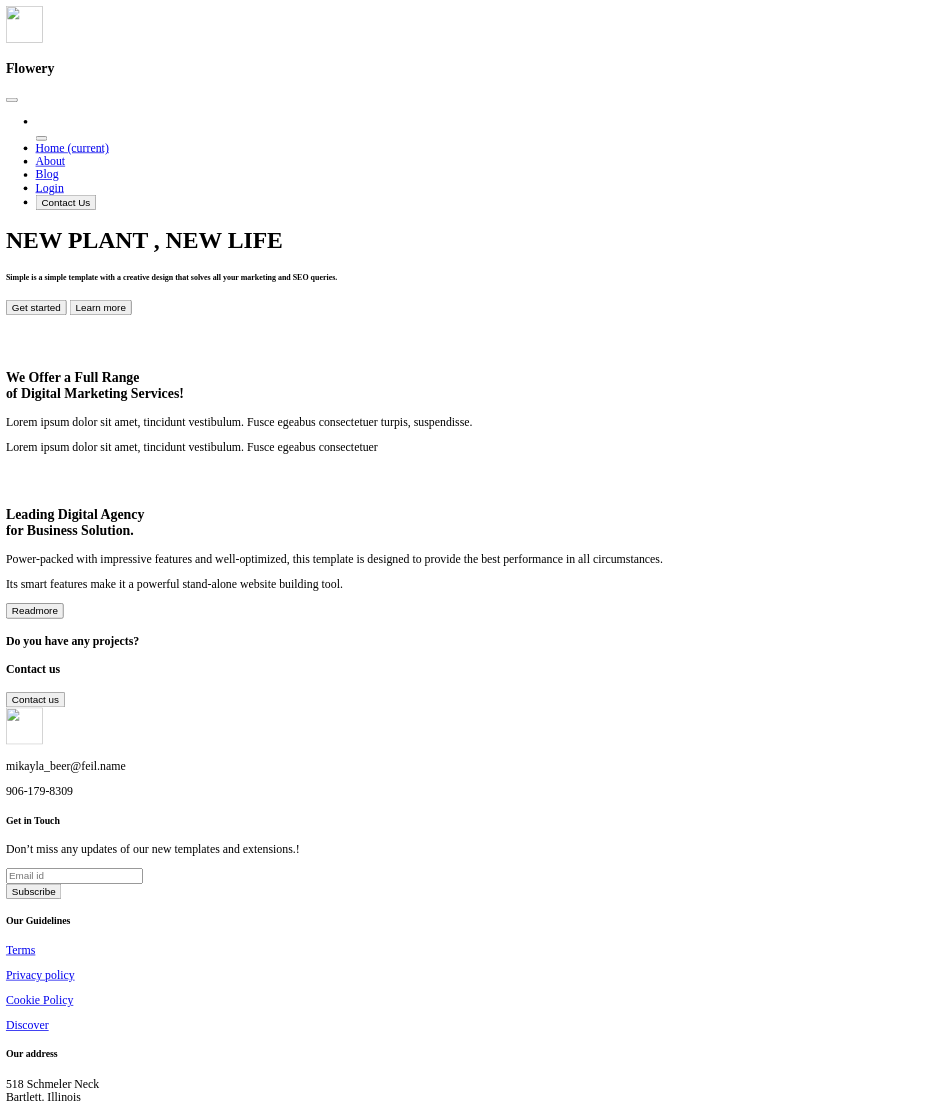
Repository: sara55m/Login
Page: http://localhost/welcome
These files come from the project's save history. The page is drawn as it stood at one moment and after the next save; the edit follows.
The browser window is 1280 px wide. The pictures show the whole page, at 74% of full size.
The page is served by the project's Laravel application, run on PHP 8.4 with Laravel 10.

Above is the page before, as saved 2024-03-03 23:18:40.

After the next save:
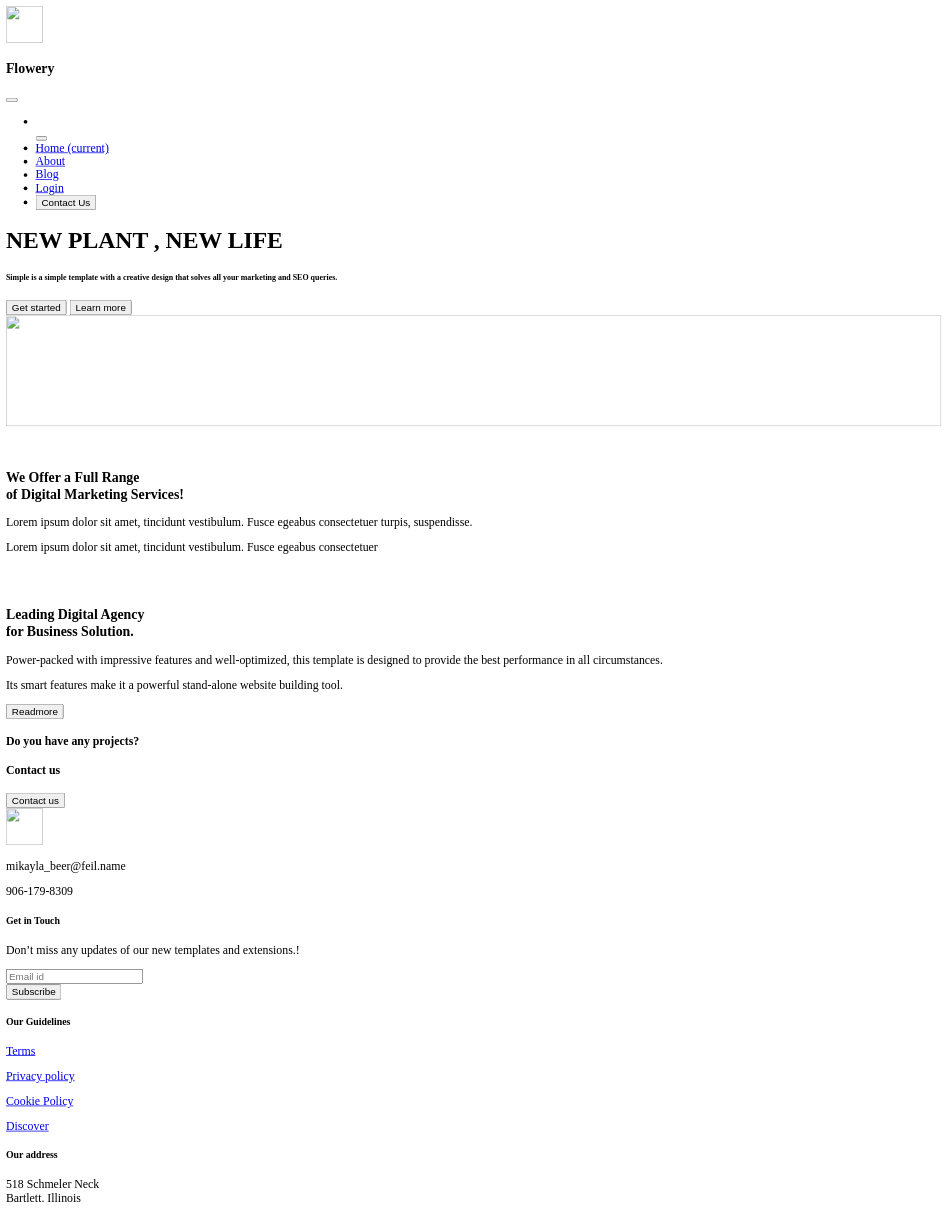
Saved 67 s later.
--- a/resources/views/welcome.blade.php
+++ b/resources/views/welcome.blade.php
@@ -66,7 +66,7 @@
         <button class="btn btn-opacity-light mr-1">Get started</button>
         <button class="btn btn-opacity-success ml-1">Learn more</button>
       </div>
-      <img src="images/background.jpg" alt="" class="img-fluid" height="150" width="full">
+      <img src="images/background.jpg" alt="" class="img-fluid" height="150" width="100%">
     </div>
   </div>
   <br/>
